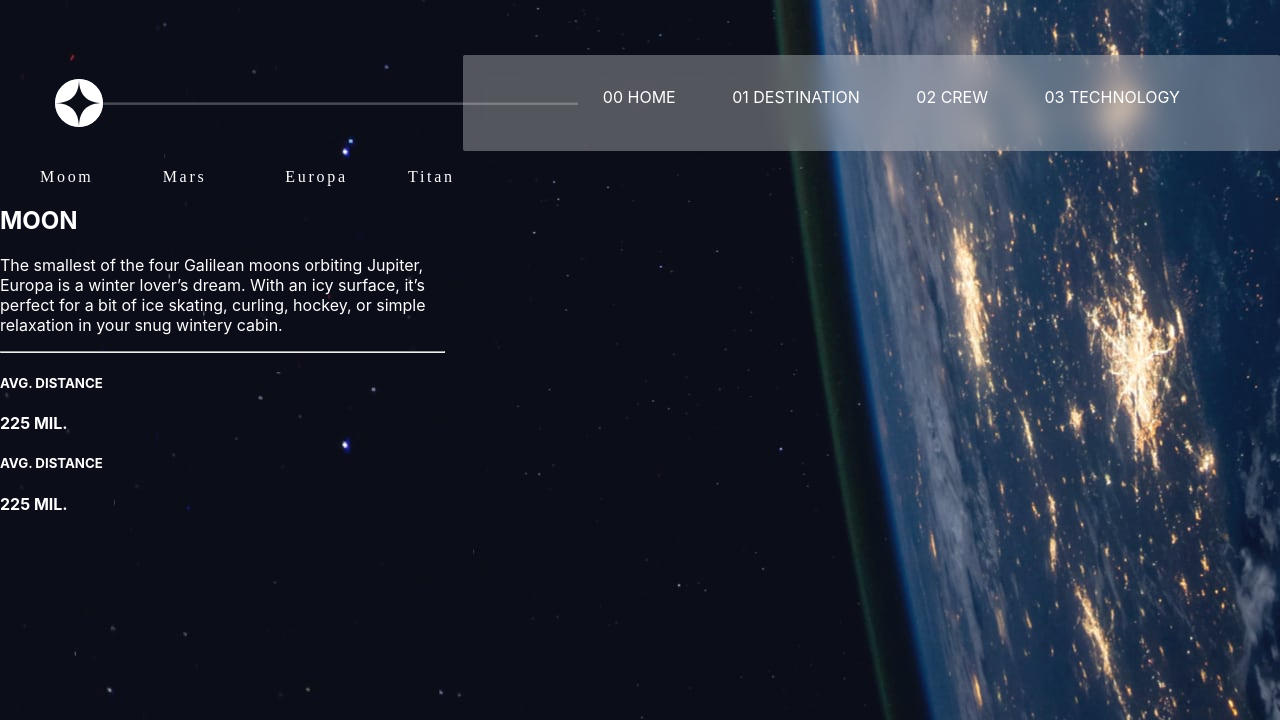
Repository: jhonenmanuel1/FrontEndMentor-MultiPageSpace
Page: /
An editor plug-in stored every save of this project. The page is shown before and after the next save, followed by the edit.
The browser window is 1280 px wide. The pictures show the whole page.
The project was rebuilt for these pictures with package versions that can differ from the ones it lists, and the page was loaded fresh each time. Also part of the build but not shown: src/views/home.js.

Above is the page before, as saved 2022-06-23 22:58:41.

After the next save:
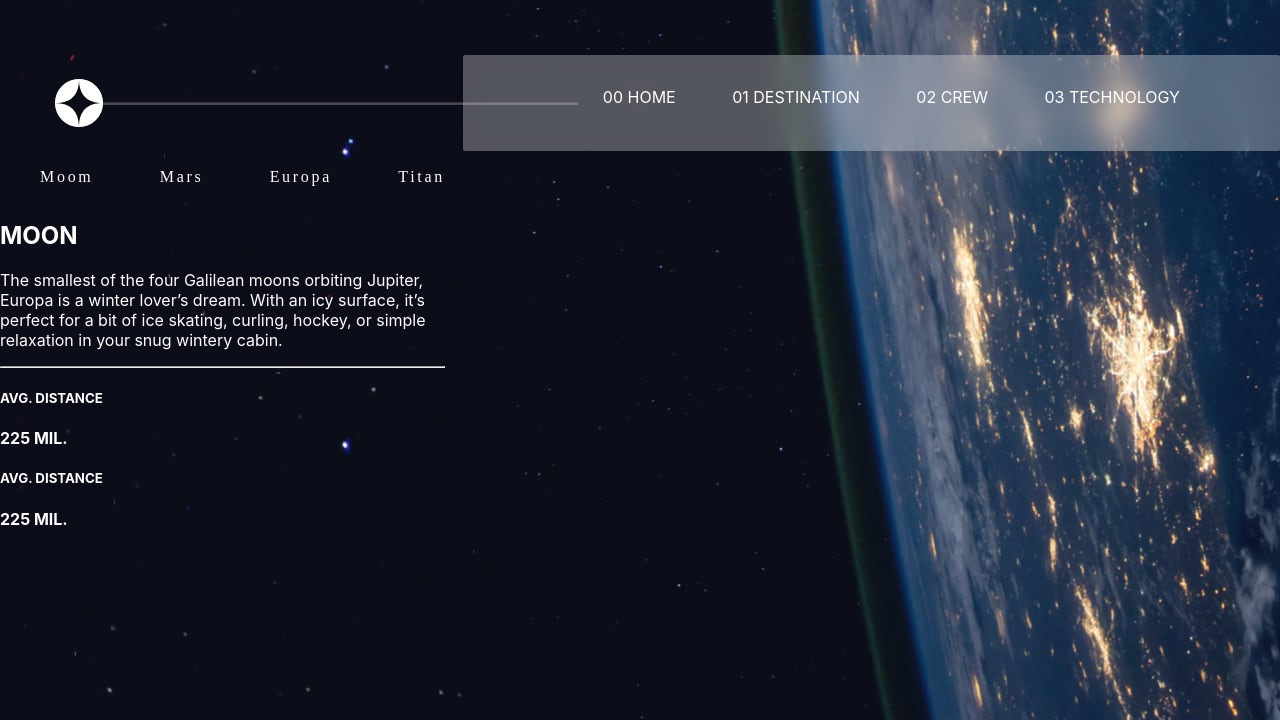
Saved 105 s later.
--- a/src/styles/planetcardinfo.module.css
+++ b/src/styles/planetcardinfo.module.css
@@ -10,6 +10,7 @@
 .planetCardHeader ul {
   display: flex;
   justify-content: space-between;
+  height: 34px;
 }
 .planetCardHeader ul li {
 text-decoration: none;
@@ -22,5 +23,5 @@ top: calc(50% - 19px/2 - 7.5px);
   font-size: 16px;
   line-height: 19px;
   letter-spacing: 2.7px;
-  width: 37px;
+  width: ;
 }
